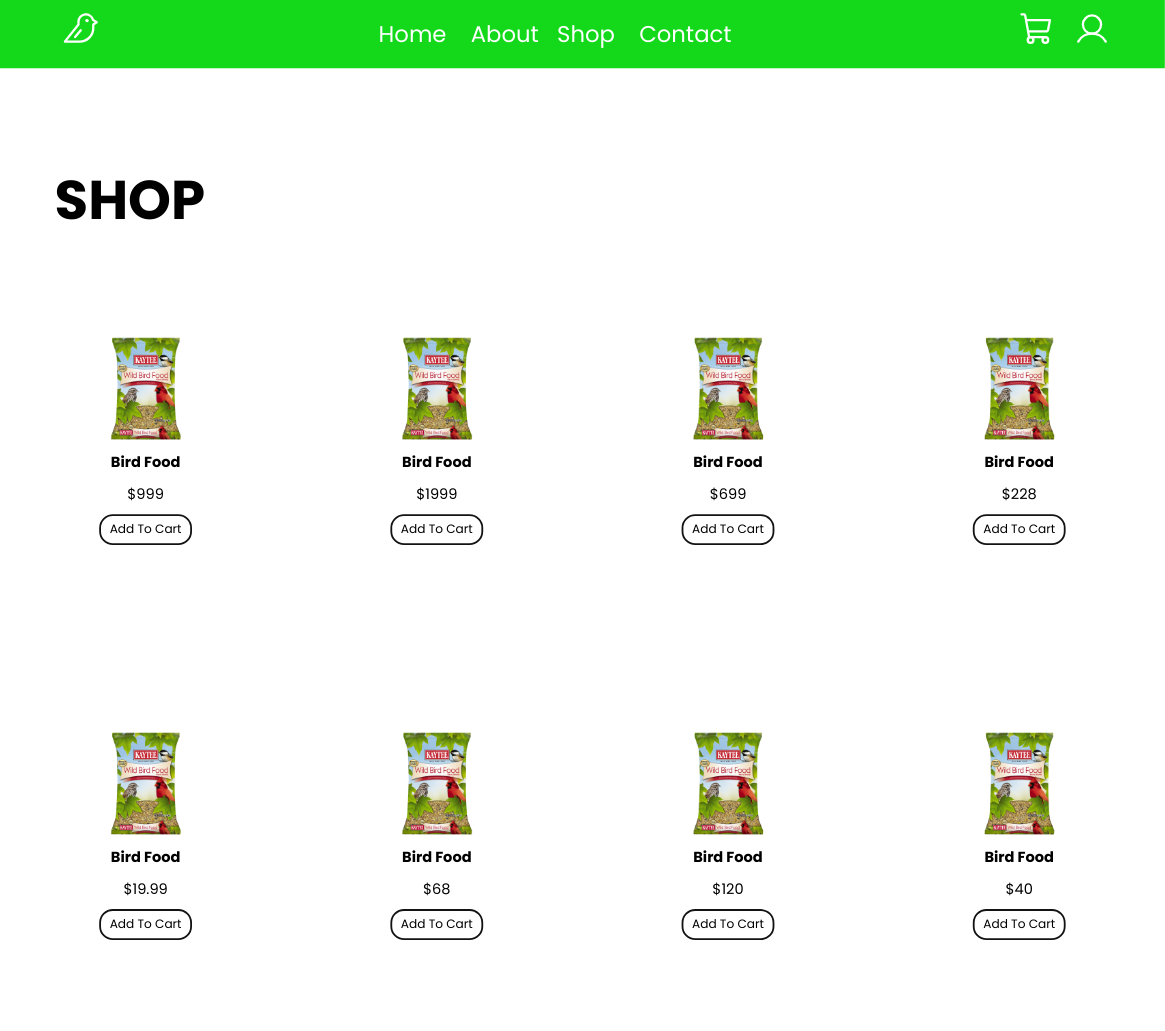
Repository: Vuhainam64/SWP391
Page: / (app in React/swp391-app/)
An editor plug-in stored every save of this project. The page is shown before and after the next save, followed by the edit.
The browser window is 1280 px wide. The pictures show the whole page, at 91% of full size.
The project was rebuilt for these pictures with package versions that can differ from the ones it lists, and the page was loaded fresh each time. Also part of the build but not shown: React/swp391-app/src/pages/register/register.jsx, React/swp391-app/src/pages/home/home.jsx, React/swp391-app/src/pages/about/about.jsx, React/swp391-app/src/pages/contact/contact.css, React/swp391-app/src/pages/contact/contact.jsx, React/swp391-app/src/pages/cart/cart-item.jsx, React/swp391-app/src/pages/cart/cart.css, React/swp391-app/src/pages/cart/cart.jsx.

Above is the page before, as saved 2023-06-01 10:59:54.

### React/swp391-app/src/App.js
import './App.css';
import { BrowserRouter as Router, Routes, Route } from "react-router-dom";
import { Navbar } from "./components/navbar";
import { Register } from "./pages/register/register";
import { Home } from "./pages/home/home";
import { About } from "./pages/about/about";
import { Shop } from "./pages/shop/shop";
import { Contact } from "./pages/contact/contact";
import { Cart } from "./pages/cart/cart";
import { ShopContextProvider } from './context/shop-context';


function App() {
  return (
    <div className = "App">
      <ShopContextProvider>
        <Router>
          <Navbar />
          <Routes>
            <Route path = "/register" element = {<Register />} />
            <Route path = "/home" element={<Home/>} />
            <Route path = "/about" element={<About/>} />
            <Route path = "/" element = {<Shop />} />
            <Route path = "/contact" element = {<Contact />} />
            <Route path = "/cart" element = {<Cart />} />
          </Routes>
        </Router>
      </ShopContextProvider>
    </div>
  );
}

export default App;

### React/swp391-app/src/App.css
.App {
  width: 100%;
  height: auto;
  min-height: 100vh;
  font-family: 'Segoe UI', Tahoma, Geneva, Verdana, sans-serif;
}

body {
  padding: 0;
  margin: 0;
}

### React/swp391-app/src/components/navbar.jsx
import React from "react";
import { Link } from "react-router-dom";
import { ShoppingCart, Bird, User } from "phosphor-react";
import "./navbar.css";

export const Navbar = () => {
  return (
    <div className="navbar">
      <div className="links">
        <div className="icon">
          <Link to="/home">
            <Bird size={40} />
          </Link>
        </div>
        <div className="middle">
          <Link to="/home"> Home </Link>
          <Link to="/about">About</Link>
          <Link to="/">Shop</Link>
          <Link to="/contact"> Contact</Link>
        </div>
        <div className="end">
          <Link to="/cart">
            <ShoppingCart size={40} />
          </Link>
            <Link to="/register">
                <User size={40}/>
            </Link>
        </div>
      </div>
    </div>
  );
};

### React/swp391-app/src/pages/shop/shop.jsx
import React from "react";
import { PRODUCTS } from "../../products";
import { Product } from "./product";
import "./shop.css";

export const Shop = () => {
    return (
        <div className = "shop">
            <div className = "shopTitle">
                <h3>SHOP</h3>
            </div>

            <div className = "products">
                {PRODUCTS.map((product) => (
                    <Product data = {product} />
                ))}
            </div>
        </div>
    );
};

### React/swp391-app/src/context/shop-context.jsx
import { createContext, useEffect, useState } from "react";
import { PRODUCTS } from "../products";

export const ShopContext = createContext(null);

const getDefaultCart = () => {
    let cart = {};
    for (let i = 1; i < PRODUCTS.length + 1; i++) {
        cart[i] = 0;
    }
    return cart;
}

export const ShopContextProvider = (props) => {
    const [cartItems, setCartItems] = useState(getDefaultCart());

    const getTotalCartAmount = () => {
        let totalAmount = 0;
        for (const item in cartItems) {
            if (cartItems[item] > 0) {
                let itemInfo = PRODUCTS.find((product) => product.id === Number(item));
                totalAmount += cartItems[item] *itemInfo.price;
            }
        }
        return totalAmount;
    };

    const addToCart = (itemId) => {
        setCartItems((prev) => ({ ...prev, [itemId]: prev[itemId] + 1}));
    };

    const removeFromCart = (itemId) => {
        setCartItems((prev) => ({ ...prev, [itemId]: prev[itemId] - 1}));
    };

    const updateCartItemCount = (newAmount, itemId) => {
        setCartItems((prev) => ({ ...prev, [itemId]: newAmount }));
    };

    const checkout = () => {
        setCartItems(getDefaultCart());
    };

    const contextValue = {
        cartItems,
        addToCart,
        updateCartItemCount,
        removeFromCart,
        getTotalCartAmount,
        checkout,
    };

    return (
        <ShopContext.Provider value={contextValue}>
            {props.children}
        </ShopContext.Provider>
    );
};

### React/swp391-app/src/components/navbar.css
.navbar {
    width: 100%;
    height: 75px;
    background-color: rgb(20, 217, 27);
    display: flex;
    justify-content: center;
    align-items: center;
}

.links {
    margin-right: 50px;
    display: flex;
    align-items: center;
    justify-content: space-between;
    width: 100%;
}

.icon {
    margin-left: 50px;
}

.end {
    padding: 0 10px;
}

.links a {
    text-decoration: none;
    color: white;
    margin-left: 20px;
    font-size: 25px;
}

### React/swp391-app/src/pages/register/register.css
/* Import Google font - Poppins */
@import url('https://fonts.googleapis.com/css2?family=Poppins:wght@200;300;400;500;600;700&display=swap');

*{
  margin: 0;
  padding: 0;
  box-sizing: border-box;
  font-family: 'Poppins', sans-serif;
}

.images{
  position: absolute;
  width: 100%;
  height: 100%;
  background-image: linear-gradient(rgba(0,0,0,0.4),rgba(0,0,0,0.4)),url(../../assets/products/7200317.jpg);
  background-position: center;
  background-size: cover;
}

.images img {
  width: 100%;
  height: 926px;
}

.container{
  position: relative;
  top: 50%;
  left: 50%;
  transform: translate(-50%,-50%);
  max-width: 480px;
  width: 100%;
  background: #fff;
  border-radius: 7px;
  box-shadow: 0 5px 10px rgba(0,0,0,0.3);
}

.container .registration{
  display: none;
}

#check:checked ~ .registration{
  display: block;
}

#check:checked ~ .login{
  display: none;
}

#check{
  display: none;
}

.container .form{
  padding: 2rem;
}

.form header{
  font-size: 2rem;
  font-weight: 500;
  text-align: center;
  margin-bottom: 1.5rem;
}

 .form input{
   height: 60px;
   width: 92%;
   padding: 0 14px;
   font-size: 17px;
   margin-top: 15px;
   margin-bottom: 1.3rem;
   border: 1px solid #ddd;
   border-radius: 6px;
   outline: none;
 }

 .form input:focus{
   box-shadow: 0 1px 0 rgba(0,0,0,0.2);
 }

.form a{
  font-size: 16px;
  color: #009579;
  text-decoration: none;
}

.form a:hover{
  text-decoration: underline;
}

.form input.button{
  color: #fff;
  background: #009579;
  font-size: 1.2rem;
  font-weight: 500;
  letter-spacing: 1px;
  margin-top: 1.7rem;
  cursor: pointer;
  transition: 0.4s;
  width: 100%;
}

.form input.button:hover{
  background: #006653;
}

.signup{
  font-size: 17px;
  text-align: center;
}

.signup label{
  color: #009579;
  cursor: pointer;
}

.signup label:hover{
  text-decoration: underline;
}

.icon-login {
  margin-right: 5px;
}

### React/swp391-app/src/products.js
import product1 from "./assets/products/1.png";
import product2 from "./assets/products/1.png";
import product3 from "./assets/products/1.png";
import product4 from "./assets/products/1.png";
import product5 from "./assets/products/1.png";
import product6 from "./assets/products/1.png";
import product7 from "./assets/products/1.png";
import product8 from "./assets/products/1.png";

export const PRODUCTS = [
  {
    id: 1,
    productName: "Bird Food",
    price: 999.0,
    productImage: product1,
  },
  {
    id: 2,
    productName: "Bird Food",
    price: 1999.0,
    productImage: product2,
  },
  {
    id: 3,
    productName: "Bird Food",
    price: 699.0,
    productImage: product3,
  },
  {
    id: 4,
    productName: "Bird Food",
    price: 228.0,
    productImage: product4,
  },
  {
    id: 5,
    productName: "Bird Food",
    price: 19.99,
    productImage: product5,
  },
  {
    id: 6,
    productName: "Bird Food",
    price: 68.0,
    productImage: product6,
  },
  {
    id: 7,
    productName: "Bird Food",
    price: 120.0,
    productImage: product7,
  },
  {
    id: 8,
    productName: "Bird Food",
    price: 40.0,
    productImage: product8,
  },
];

### React/swp391-app/src/pages/shop/product.jsx
import React, {useContext} from "react";
import { ShopContext } from "../../context/shop-context";

export const Product = (props) => {
    const { id, productName, price, productImage } = props.data;
    const { addToCart, cartItems } = useContext(ShopContext);

    const cartItemCount = cartItems[id];

    return (
        <div className = "product">
            <img src = {productImage} alt=""/>
            <div className = "description">
                <p>
                    <b>{productName}</b>
                </p>
                <p> ${price}</p>
            </div>
            <button className="addToCartBttn" onClick = {() => addToCart(id)}>
                Add To Cart {cartItemCount > 0 && <> ({cartItemCount}) </>}
            </button>
        </div>
    );
};

### React/swp391-app/src/pages/shop/shop.css
.shopTitle {
    margin-top: 100px;
    text-align: center;
    font-size: 40px;
}

.products {
    width: 100%;
    height: auto;
    display: grid;
    grid-template-columns: 1fr 1fr 1fr 1fr;
    place-items: center;

}

.product {
    border-radius: 15px;
    margin: 100px;
    display: flex;
    flex-direction: column;
    justify-content: center;
    align-items: center;
}

.product img {
    width: 100%;
    height: 100%;
}

.product .description {
    text-align: center;
}

.product:hover {
    transition: 0.3s ease-in;
    cursor: pointer;
}

.addToCartBttn {
    background-color: transparent;
    border: 2px solid rgb(19, 19, 19);
    min-width: 100px;
    padding: 5px 10px 5px 10px;
    border-radius: 15px;
}

.addToCartBttn:hover {
    background-color: rgb(19, 19, 19);
    color: white;
    cursor: pointer;
}

.description p,b{
    margin: 10px 0;
}
.shopTitle {
    justify-self: left;
}
.shopTitle h3{
    float: left;
    padding-left: 60px;
    font-size: 60px;
    font-style: Bold 700;
}

Loaded but not shown: React/swp391-app/public/index.html (common file); React/swp391-app/src/index.js (common file); React/swp391-app/src/index.css (common file); React/swp391-app/src/reportWebVitals.js (common file)

After the next save:
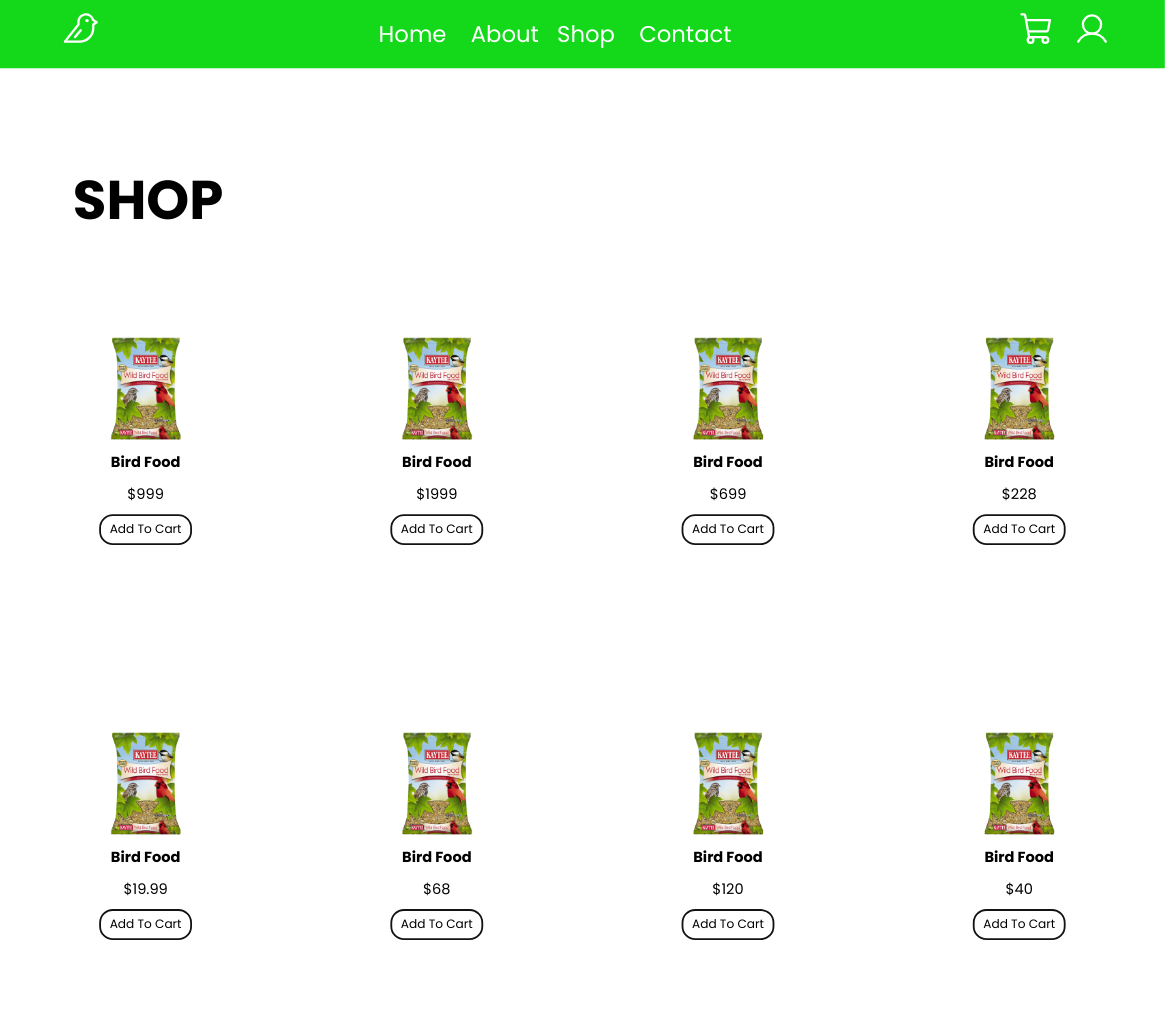
Saved 4 min 12 s later.
--- a/React/swp391-app/src/pages/shop/shop.css
+++ b/React/swp391-app/src/pages/shop/shop.css
@@ -58,7 +58,7 @@
 }
 .shopTitle h3{
     float: left;
-    padding-left: 60px;
+    padding-left: 80px;
     font-size: 60px;
     font-style: Bold 700;
 }
